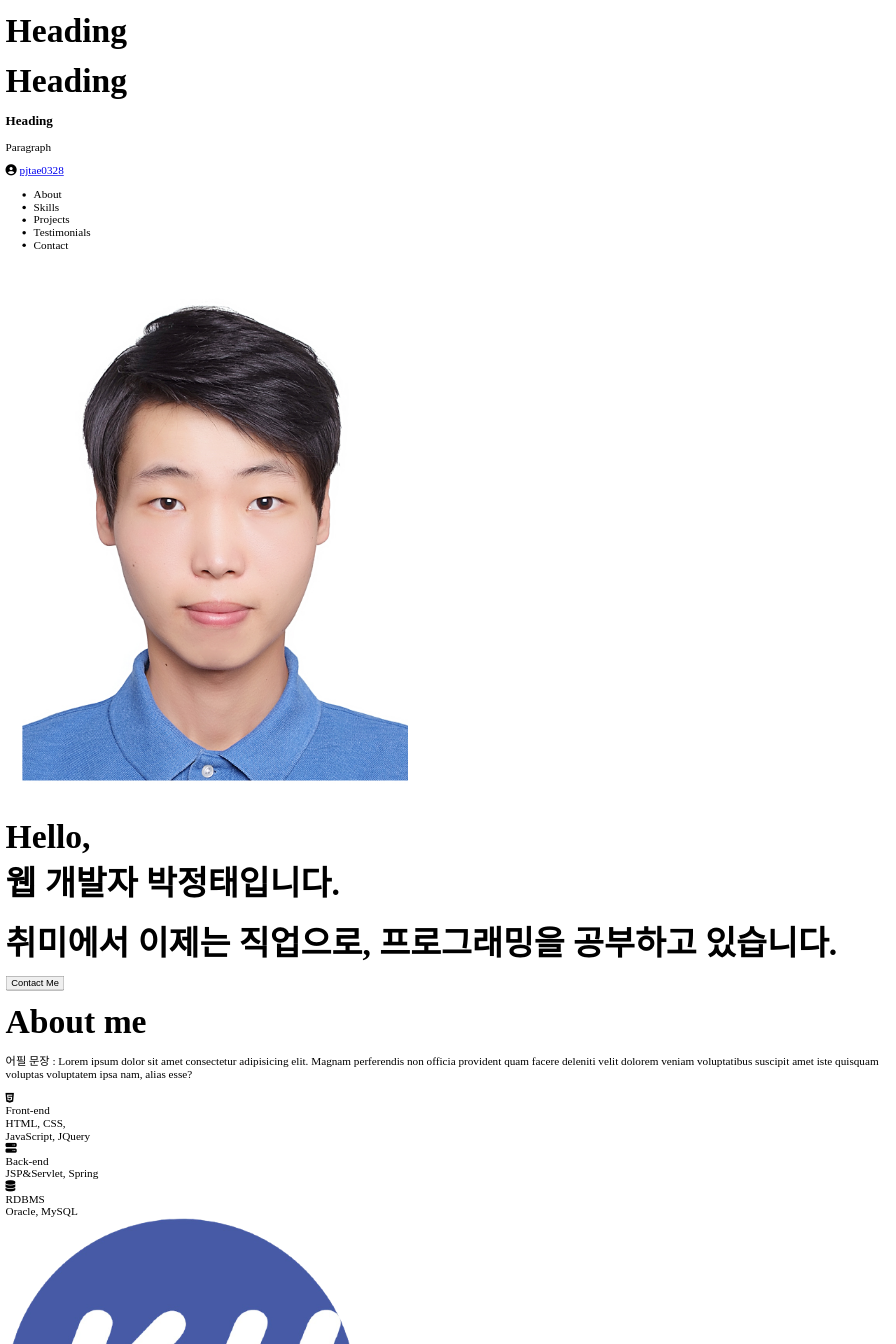
Repository: pjtae0328/Portfolio
Page: index.html
The author's editor kept a copy of each file at every save. The page is drawn from the files as they stood at one save, then again after the next save.
The browser window is 1280 px wide. The pictures show the part of the page from y = 0 to 1920 px (the page is 7087 px tall before and 6925 px after), at 70% of full size.
Some web libraries are served in a nearby version.

Above is the page before, as saved 2021-09-02 21:07:03.

### index.html
<!DOCTYPE html>
<html lang="ko">

<head>
    <meta charset="UTF-8">
    <meta http-equiv="X-UA-Compatible" content="IE=edge"> <!-- ie 호환성보기 무시 -->
    <meta name="viewport" content="width=device-width, initial-scale=1.0">
    <title>박정태 포트폴리오</title>

    <!-- 설명 / 작성자 -->
    <meta name="description" content="준비된 개발자 박정태의 포트폴리오 입니다.">
    <meta name="author" content="박정태">

    <!-- 아이콘 -->
    <link rel="icon" type="image/png" href="imgs/favicon.png"/>

    <!-- fontawesome -->
    <script src="https://kit.fontawesome.com/0d232bdc2d.js" crossorigin="anonymous">
    </script>

    <!-- font -->
    <link rel="preconnect" href="https://fonts.googleapis.com">
    <link rel="preconnect" href="https://fonts.gstatic.com" crossorigin>
    <link href="https://fonts.googleapis.com/css2?family=Noto+Sans+KR:wght@400;500;700&display=swap" rel="stylesheet">

    <!-- css / js -->
    <link rel="stylesheet" href="style.css"/>
    <script src="main.js" defer></script>

<body>
    <!-- Test -->
    <h1>Heading</h1>
    <h2>Heading</h2>
    <h3>Heading</h3>
    <p>Paragraph</p>

<!-- Nav Bar -->
<nav id="navbar">
    <div class="navbar__logo">
        <i class="fas fa-user-circle"></i>
        <a href="#">pjtae0328</a>
    </div>
    <ul class="navbar__menu">
        <li class="navbar__menu__item">About</li>
        <li class="navbar__menu__item">Skills</li>
        <li class="navbar__menu__item">Projects</li>
        <li class="navbar__menu__item">Testimonials</li>
        <li class="navbar__menu__item">Contact</li>
    </ul>
</nav>

<!-- Home -->
<section id="home">
    <img src="/imgs/profile.jpg" alt="profile photo" class="home__avatar">
    <h1 class="home__title">Hello, <br>웹 개발자 박정태입니다.</h1>
    <h2 class="home__discription">취미에서 이제는 직업으로, 프로그래밍을 공부하고 있습니다.</h2>
    <button class="home__contact">Contact Me</button>
</section>

<!-- About -->
<section id="about">
    <h1>About me</h1>
    <p>어필 문장 : Lorem ipsum dolor sit amet consectetur adipisicing elit. Magnam perferendis non officia provident quam
        facere deleniti velit dolorem veniam voluptatibus suscipit amet iste quisquam voluptas voluptatem ipsa nam,
        alias esse?</p>

    <div class="about__majors">
        <div class="major">
            <div class="major__icon">
                <i class="fab fa-html5"></i>
            </div>
            <div class="major_title">Front-end</div>
            <div class="major__description">
                HTML, CSS,
                <br>JavaScript, JQuery
            </div>
        </div>
        <div class="major">
            <div class="major__icon">
                <i class="fas fa-server"></i>
            </div>
            <div class="major_title">Back-end</div>
            <div class="major__description">
                JSP&Servlet, Spring
            </div>
        </div>
        <div class="major">
            <div class="major__icon">
                <i class="fas fa-database"></i>
            </div>
            <div class="major_title">RDBMS</div>
            <div class="major__description">
                Oracle, MySQL
            </div>
        </div>
    </div>

    <div class="about__experience">
        <div class="experience">
            <img src="imgs/experience/kh.png" alt="KH정보 교육원">
            <p class="experience__name">KH 정보교육원 웹콘텐츠 개발자 과정 수료</p>
            <p class="experience__period">2021 May - 2021 Dec</p>
        </div>
        <div class="experience">
            <img src="imgs/experience/hbad.png" alt="한방애드">
            <p class="experience__name">PL Soft 리워드앱 개발 및 서비스(Android-JAVA, JSP&Servlet, MySQL)</p>
            <p class="experience__period">2016 Sep - 2017 Jan</p>
        </div>
    </div>
</section>

<!-- Skills -->
<section id="skills">
    <h1>Skills</h1>
    <h2>Skills & Attributes</h2>
    <p>
        Lorem ipsum dolor, sit amet consectetur adipisicing elit. Iusto ipsam, ullam delectus facilis molestiae ratione,
        odio maxime nulla ipsa eligendi enim minima distinctio. Praesentium in animi soluta iure, error sit!
        나의 강점 써보기 <i class="fas fa-star"></i>를 통해 제가 자신있는 정도를 표시해 보았습니다.
    </p>

    <div class="skillset">

        <div class="skillset__top">
            <div class="skill">
                <i class="fab fa-html5"></i>
                <h3 class="skill__title">HTML5 & CSS3</h3>
                <div class="skill__level">
                    <i class="fas fa-star"></i>
                    <i class="fas fa-star"></i>
                </div>
                <p>HTML과 CSS를 사용해 요구하는 디자인의 웹 스타일링을 할 수 있습니다.</p>
            </div>
            <div class="skill">
                <i class="fab fa-js-square"></i>
                <h3 class="skill__title">Java Script</h3>
                <div class="skill__level">
                    <i class="fas fa-star"></i>
                    <i class="fas fa-star"></i>
                </div>
                <p>JS의 특징과 동작 방식을 이해하고 원하는 동적 웹을 구축 할 수 있습니다.</p>
            </div>
            <div class="skill">
                <i class="fab fa-java"></i>
                <h3 class="skill__title">JAVA</h3>
                <div class="skill__level">
                    <i class="fas fa-star"></i>
                    <i class="fas fa-star"></i>
                    <i class="fas fa-star"></i>
                    <i class="fas fa-star"></i>
                </div>
                <p>JSP&Servlet을 활용해 웹 서버를 구축할 수 있으며 Spring Framework를 이해하고 사용할 수 있습니다.
                    <br>객체지향 패러다임을 이해하고 설계할 수 있으며 Spring Boot를 공부하고 개인 프로젝트를 진행했습니다.
                </p>
            </div>
            <div class="skill">
                <i class="fas fa-database"></i>
                <h3 class="skill__title">Oracle</h3>
                <div class="skill__level">
                    <i class="fas fa-star"></i>
                    <i class="fas fa-star"></i>
                </div>
                <p>관계형 데이터베이스를 이해하고 설계할 수 있으며 적절한 쿼리문을 작성하여 사용할 수 있습니다.</p>
            </div>
        </div>

        <div class="skillset__bottom">
            <div class="tools">
                <h3 class="tools__title">Tools</h3>
                <ul class="tolls__list">
                    <li><span>IntelliJ</span></li>
                    <li><span>VisualStudio Code</span></li>
                    <li><span>Eclipse</span></li>
                    <li><span>VisualStudio 2019</span></li>
                </ul>
            </div>
            <div class="etc">
                <h3 class="etc__title">Etc</h3>
                <ul class="etc__list">
                    <li><span>Git</span></li>
                    <li><span>C#</span></li>
                    <li><span>ActionScript 3.0</span></li>
                    <li><span>AutoHotKey</span></li>
                </ul>
            </div>
        </div>
    </div>
</section>

<!-- Projects -->
<section id="projects">
    <!-- 사이즈 리사이즈 해서 통일하고 아이폰/ 맥 넣어서 마우스 오버시 맥/아이폰 넘어가게 애니메이션 주기  -->
    <!-- 개인 Spring Boot -->
    <div class="project">
        <img class="project__img" src="https://via.placeholder.com/350" alt="projectIMG">
        <h3 class="project__title">Title</h3>
        <button class="project__View">View</button>
        <a href="#" class="project__github" target="_blank"><i class="fab fa-github"></i></a>
    </div>
    <!-- 학원 Spring -->
    <div class="project">
        <img class="project__img" src="https://via.placeholder.com/350" alt="projectIMG">
        <h3 class="project__title">Title</h3>
        <button class="project__View">View</button>
        <a href="#" class="project__github" target="_blank"><i class="fab fa-github"></i></a>
    </div>
    <!-- 학원 JSP&Servlet -->
    <div class="project">
        <img class="project__img" src="https://via.placeholder.com/350" alt="projectIMG">
        <h3 class="project__title">Title</h3>
        <button class="project__View">View</button>
        <a href="#" class="project__github" target="_blank"><i class="fab fa-github"></i></a>
    </div>
    <!-- 포트폴리오 페이지 -->
    <div class="project">
        <img class="project__img" src="https://via.placeholder.com/350" alt="projectIMG">
        <h3 class="project__title">Title</h3>
        <button class="project__View">View</button>
        <a href="#" class="project__github" target="_blank"><i class="fab fa-github"></i></a>
    </div>
</section>

<!-- Testimonials -->
<section id="testimonials">
    <h1>Testimonials</h1>
    <h3>See what they say about me</h3>
    <div class="testimonials">
        <div class="testimonial">
            <img
                src="imgs/testimonial/people1.jpg"
                alt="People"
                class="testimonial__avatar"
            >
            <div class="testimonial__speech-bubble">
                <p>Lorem ipsum dolor sit amet consectetur adipisicing elit. Accusantium iusto doloribus, cumque eos facilis velit omnis labore commodi praesentium? Numquam provident commodi praesentium fugiat ea sequi quam officia porro nulla!</p>
                <p class="testimonial__name"><a href="#" target="_blank">이름(링크드인 or 깃헙) / 소속</a></p>
            </div>
        </div>
        <div class="testimonial">
            <img
                src="imgs/testimonial/people1.jpg"
                alt="People"
                class="testimonial__avatar"
            >
            <div class="testimonial__speech-bubble">
                <p>Lorem ipsum dolor sit amet consectetur adipisicing elit. Accusantium iusto doloribus, cumque eos facilis velit omnis labore commodi praesentium? Numquam provident commodi praesentium fugiat ea sequi quam officia porro nulla!</p>
                <p class="testimonial__name"><a href="#" target="_blank">이름(링크드인 or 깃헙) / 소속</a></p>
            </div>
        </div>
        <div class="testimonial">
            <img
                src="imgs/testimonial/people1.jpg"
                alt="People"
                class="testimonial__avatar"
            >
            <div class="testimonial__speech-bubble">
                <p>Lorem ipsum dolor sit amet consectetur adipisicing elit. Accusantium iusto doloribus, cumque eos facilis velit omnis labore commodi praesentium? Numquam provident commodi praesentium fugiat ea sequi quam officia porro nulla!</p>
                <p class="testimonial__name"><a href="#" target="_blank">이름(링크드인 or 깃헙) / 소속</a></p>
            </div>
        </div>
    </div>
</section>

<!-- Contact -->
<section id="contact">
    <h1 class="contact__title">Let's talk</h1>
    <h2 class="contact__email">pjtae0328@gmail.com</h2>
    <div class="contact__links">
        <a href="https://github.com/pjtae0328" target="_blank">
            <i class="fab fa-github-square"></i>
        </a>
    </div>
    <p class="contact__rights">
        copyright &copy; by pjtae0328 All Right Reserved
    </p>
</section>
</body>
</html>

### style.css
/* Global */

:root {
  /* Color */
  --color-white: #ffffff;
  --color-light-white: #eeeeee;
  --color-dark-white: #bdbdbd;
  --color-mint: #caf7e3;
  --color-light-mint: #edffec;
  --color-purple: #e4bad4;
  --color-light-purple: #f6dfeb;
  --color-dark-grey: #4d4d4d;
  --color-grey: #616161;
  --color-light-grey: #7c7979;
  --color-blue: #73aace;
  --color-yellow: #fff7d1;
  --color-black: #000000;

  /* Font Size */
  --font-large: 48px;
  --font-medium: 28px;
  --font-regular: 18px;
  --font-small: 16px;
  --font-micro: 14px;

  /* Font Weight */
  --weight-bold: 700;
  --weight-semi-bold: 500;
  --weight-regular: 400;

  /* Size */
}

/* Universal tags */
* {
  box-sizing: border-box;
}

/* Typography */
h1 {
  font-size: var(--font-large);
  font-weight: var(--weight-bold);
  color: var(--color-black);
  margin: 16px 0;
}

h2 {
  font-size: var(--font-large);
  font-weight: var(--weight-bold);
  color: var(--color-black);
  margin: 16px 0;
}

Loaded but not shown: main.js (common file)

After the next save:
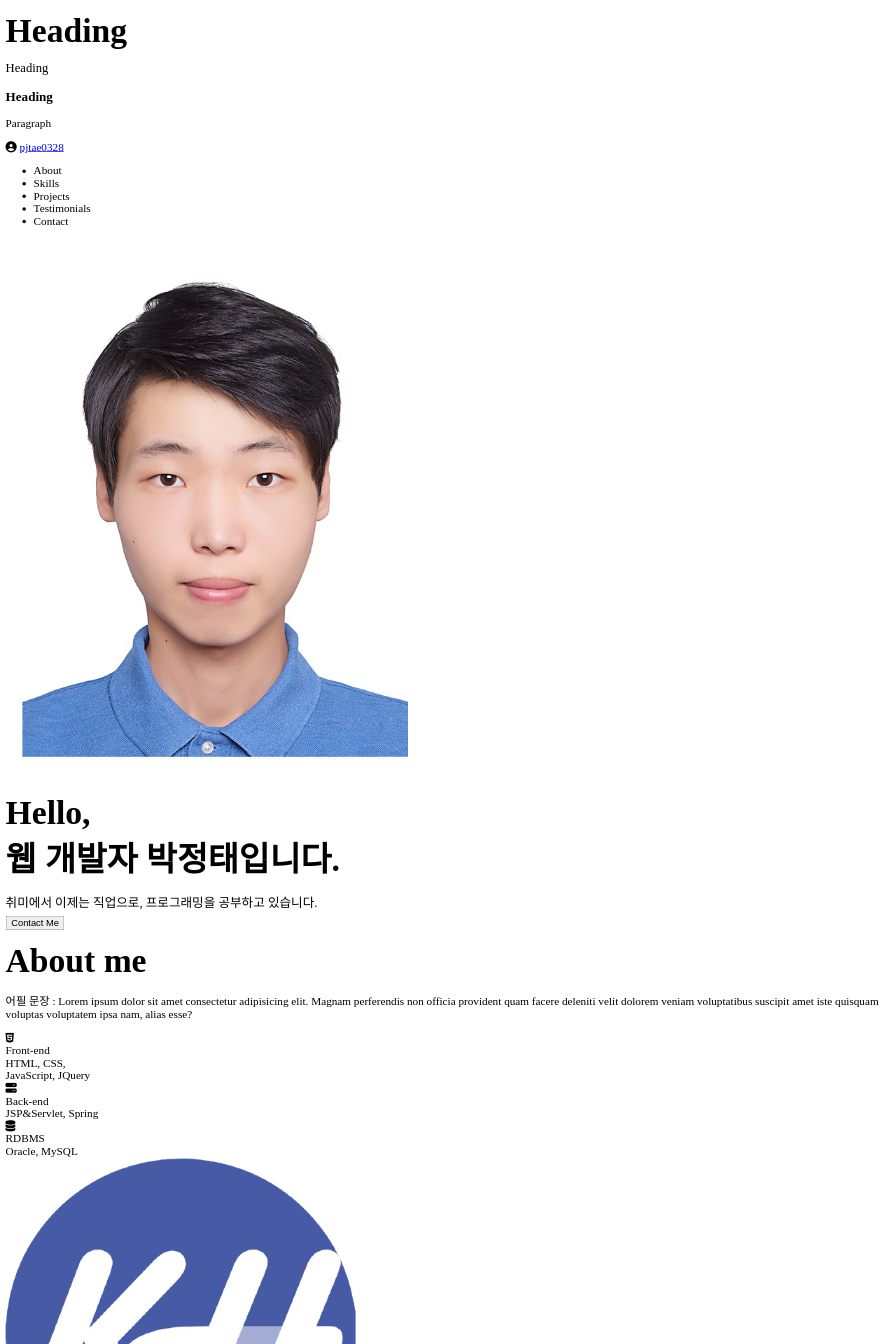
Saved 49 s later.
--- a/style.css
+++ b/style.css
@@ -45,8 +45,8 @@
 }
 
 h2 {
-  font-size: var(--font-large);
-  font-weight: var(--weight-bold);
+  font-size: var(--font-regular);
+  font-weight: var(--weight-semi-bold);
   color: var(--color-black);
-  margin: 16px 0;
+  margin: 8px 0;
 }
